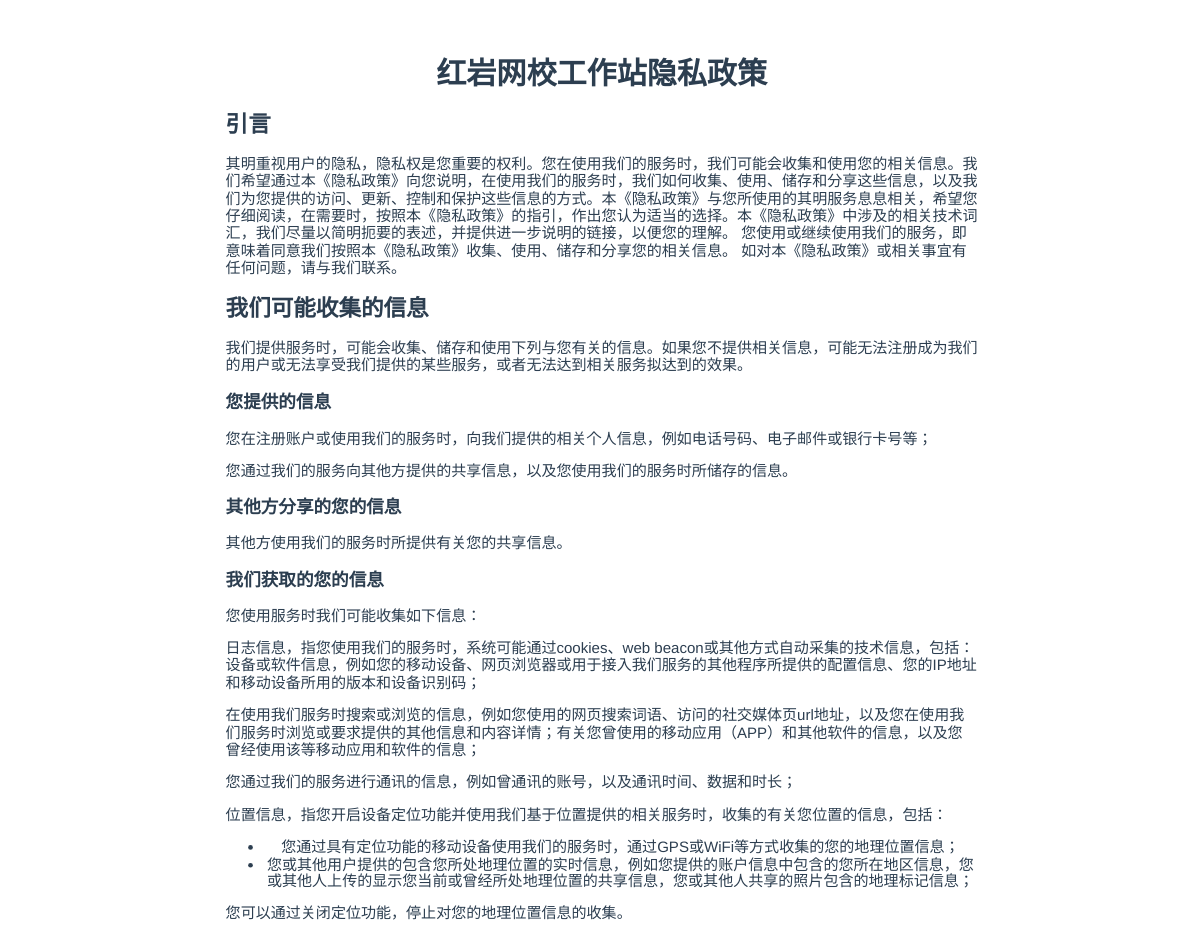
Repository: zl-mdc/privacy-policy
Page: /
These files come from the project's save history. The page is drawn as it stood at one moment and after a run of saves; the edit follows.
The browser window is 1280 px wide. The pictures show the whole page, at 94% of full size.
The project was rebuilt for these pictures with package versions that can differ from the ones it lists, and the page was loaded fresh each time.

Above is the page before, as saved 2020-09-17 15:39:49.

### src/main.js
import Vue from 'vue'
import App from './App.vue'
import 'normalize.css'

Vue.config.productionTip = false

new Vue({
  render: h => h(App),
}).$mount('#app')

### src/App.vue
<template>
  <div id="app">
    <Info />
  </div>
</template>

<script>
import Info from './components/Info';

export default {
  name: 'App',
  components: {
    Info
  }
}
</script>

<style>
#app {
  font-family: Avenir, Helvetica, Arial, sans-serif;
  -webkit-font-smoothing: antialiased;
  -moz-osx-font-smoothing: grayscale;
  text-align: center;
  color: #2c3e50;
  margin-top: 60px;
}
</style>

### src/components/Info.vue
<!--
 * @Author: Code_Master
 * @Date: 2020-09-17 15:00:51
 * @LastEditTime: 2020-09-17 15:39:49
 * @LastEditors: Code_Master
 * @FilePath: /privacy-policy/src/components/Info.vue
 * @Description: The first 90% of the code accounts for the first 90% of the development time. The remaining 10% of the code accounts for the other 90% of the development time.
-->
<template>
    <div id="info">
          <h1>红岩网校工作站隐私政策</h1>

          <h2>引言</h2>
          <p><span></span>其明重视用户的隐私，隐私权是您重要的权利。您在使用我们的服务时，我们可能会收集和使用您的相关信息。我们希望通过本《隐私政策》向您说明，在使用我们的服务时，我们如何收集、使用、储存和分享这些信息，以及我们为您提供的访问、更新、控制和保护这些信息的方式。本《隐私政策》与您所使用的其明服务息息相关，希望您仔细阅读，在需要时，按照本《隐私政策》的指引，作出您认为适当的选择。本《隐私政策》中涉及的相关技术词汇，我们尽量以简明扼要的表述，并提供进一步说明的链接，以便您的理解。 您使用或继续使用我们的服务，即意味着同意我们按照本《隐私政策》收集、使用、储存和分享您的相关信息。 如对本《隐私政策》或相关事宜有任何问题，请与我们联系。 </p>

          <h2>我们可能收集的信息</h2>
          <p>我们提供服务时，可能会收集、储存和使用下列与您有关的信息。如果您不提供相关信息，可能无法注册成为我们的用户或无法享受我们提供的某些服务，或者无法达到相关服务拟达到的效果。</p>
          <h3>您提供的信息</h3>
          <p>您在注册账户或使用我们的服务时，向我们提供的相关个人信息，例如电话号码、电子邮件或银行卡号等；</p>
          <p>您通过我们的服务向其他方提供的共享信息，以及您使用我们的服务时所储存的信息。</p>
          <h3>其他方分享的您的信息</h3>
          <p>其他方使用我们的服务时所提供有关您的共享信息。</p>
          <h3>我们获取的您的信息</h3>
          <p>您使用服务时我们可能收集如下信息：</p>
          <p>日志信息，指您使用我们的服务时，系统可能通过cookies、web beacon或其他方式自动采集的技术信息，包括：设备或软件信息，例如您的移动设备、网页浏览器或用于接入我们服务的其他程序所提供的配置信息、您的IP地址和移动设备所用的版本和设备识别码；</p>
          <p>在使用我们服务时搜索或浏览的信息，例如您使用的网页搜索词语、访问的社交媒体页url地址，以及您在使用我们服务时浏览或要求提供的其他信息和内容详情；有关您曾使用的移动应用（APP）和其他软件的信息，以及您曾经使用该等移动应用和软件的信息；</p>
          <p>您通过我们的服务进行通讯的信息，例如曾通讯的账号，以及通讯时间、数据和时长；</p>
          <p>位置信息，指您开启设备定位功能并使用我们基于位置提供的相关服务时，收集的有关您位置的信息，包括：</p>
          <ul>
              <li>您通过具有定位功能的移动设备使用我们的服务时，通过GPS或WiFi等方式收集的您的地理位置信息；</li>
              <li>您或其他用户提供的包含您所处地理位置的实时信息，例如您提供的账户信息中包含的您所在地区信息，您或其他人上传的显示您当前或曾经所处地理位置的共享信息，您或其他人共享的照片包含的地理标记信息；</li>
          </ul>
          <p>您可以通过关闭定位功能，停止对您的地理位置信息的收集。</p>

          <h2></h2>
    </div>
</template>

<script>
export default {
    name: "Info",
}
</script>

<style>
    #info {
        width: 800px;
        margin: 0 auto;
    }
    h2 {
        text-align: left;
    }
    p {
        text-align: left;
    }
    h3 {
        text-align: left;
    }
</style>

Loaded but not shown: public/index.html (common file)

After the next 2 saves:
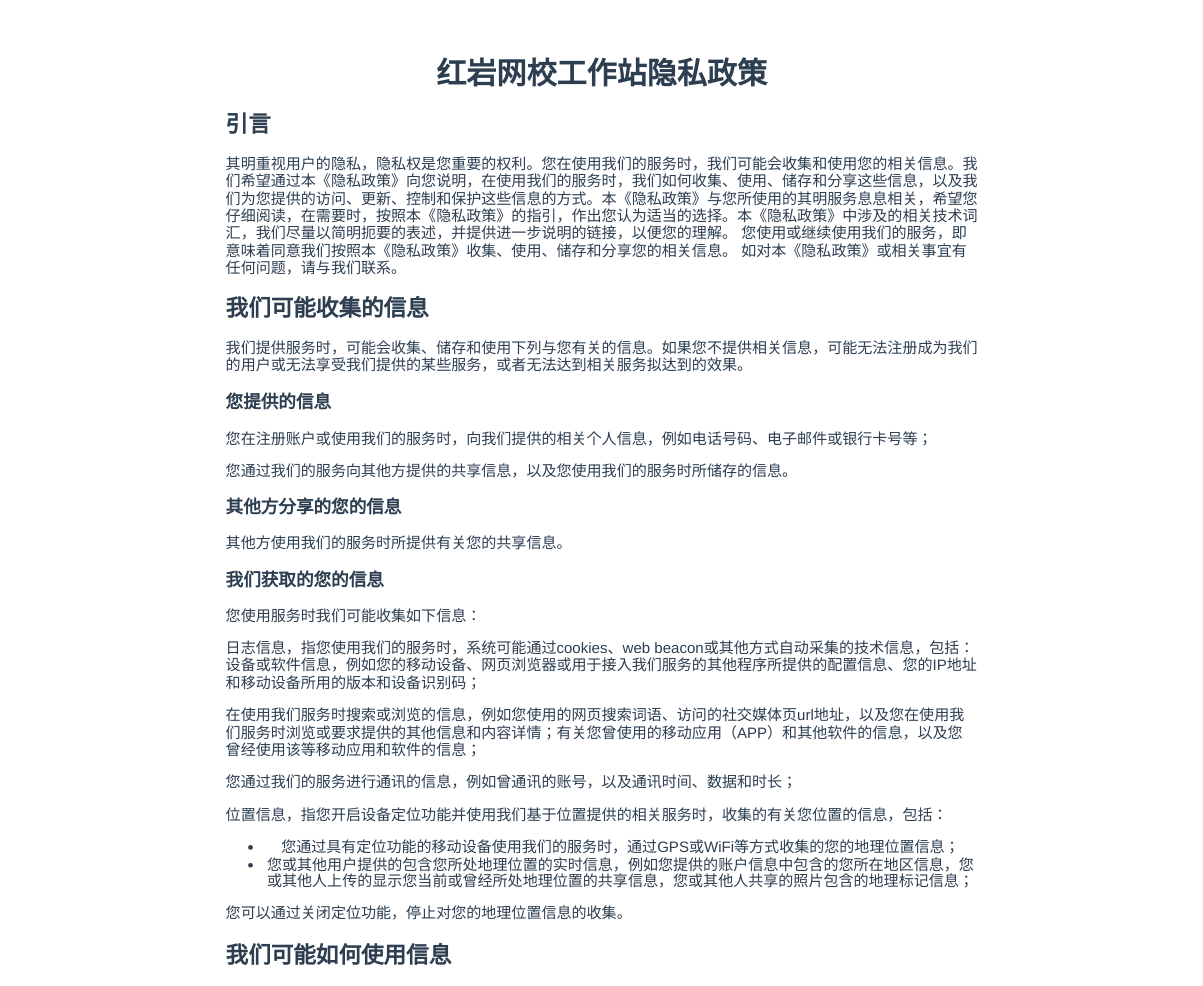
The 2 saves are shown as one change because they came seconds apart.
The last was saved 17 s later.
--- a/src/components/Info.vue
+++ b/src/components/Info.vue
@@ -1,7 +1,7 @@
 <!--
  * @Author: Code_Master
  * @Date: 2020-09-17 15:00:51
- * @LastEditTime: 2020-09-17 15:39:49
+ * @LastEditTime: 2020-09-17 15:40:05
  * @LastEditors: Code_Master
  * @FilePath: /privacy-policy/src/components/Info.vue
  * @Description: The first 90% of the code accounts for the first 90% of the development time. The remaining 10% of the code accounts for the other 90% of the development time.
@@ -32,7 +32,8 @@
           </ul>
           <p>您可以通过关闭定位功能，停止对您的地理位置信息的收集。</p>
 
-          <h2></h2>
+          <h2>我们可能如何使用信息</h2>
+          <p></p>
     </div>
 </template>
 
